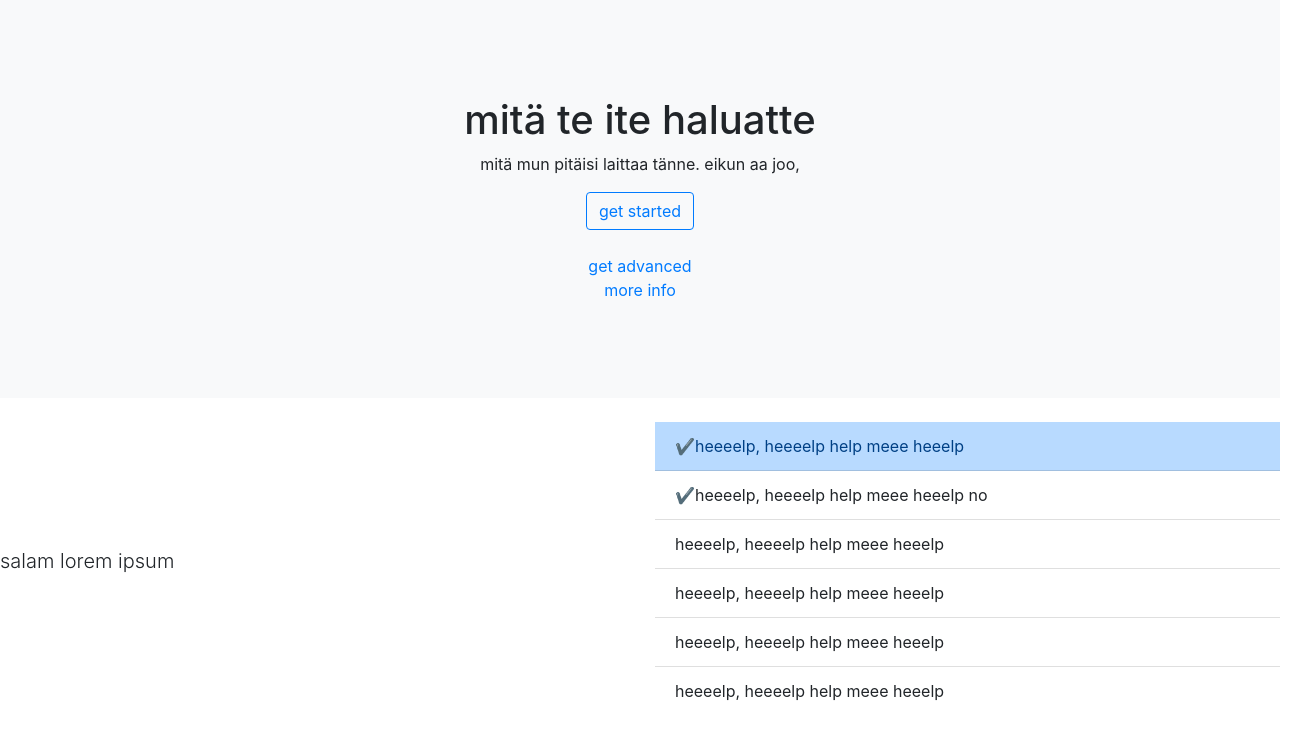
Repository: jessehapuli/jessehapuli.github.io
Page: Bootstrap/index.html
These files come from the project's save history. The page is drawn as it stood at one moment and after the next save; the edit follows.
The browser window is 1280 px wide. The page is 1295 px wide, so the pictures cover 1295 px, including what lies to the right of the window. The pictures show the whole page.

Above is the page before, as saved 2024-04-24 11:07:02.

After the next save:
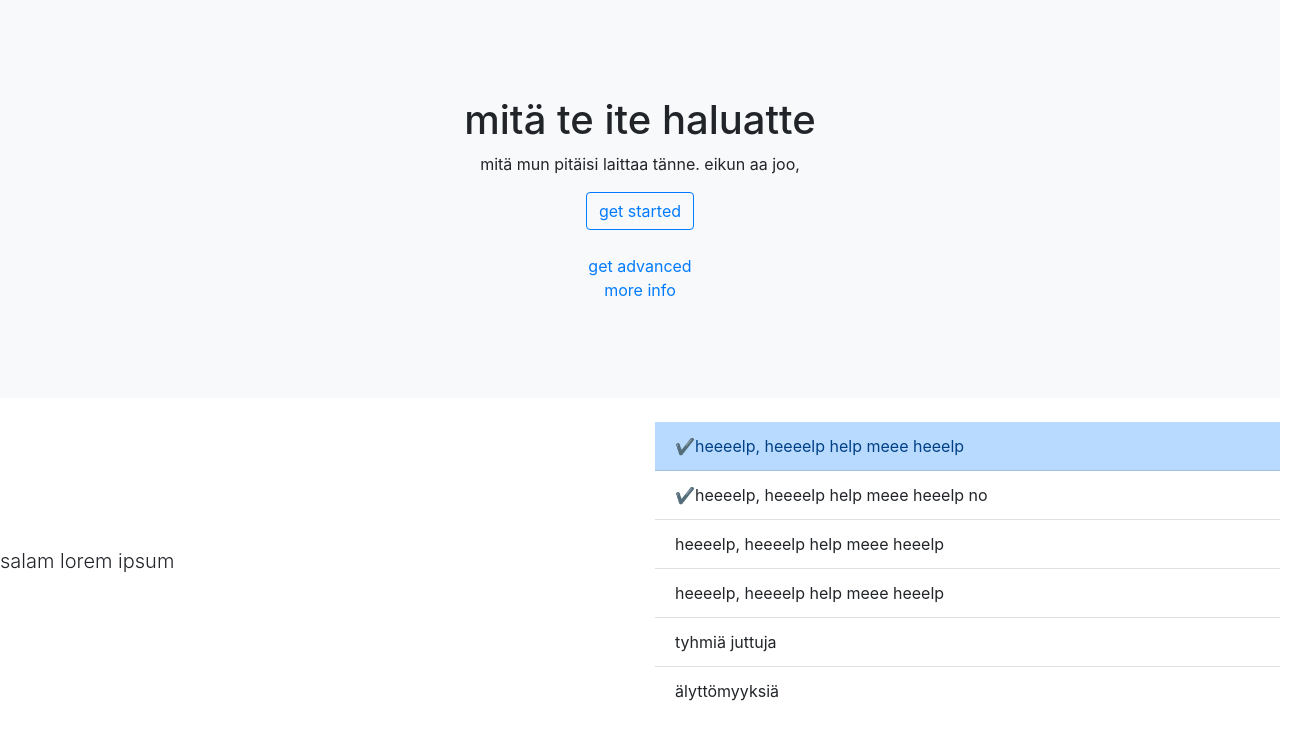
Saved 2 min 33 s later.
--- a/Bootstrap/index.html
+++ b/Bootstrap/index.html
@@ -38,8 +38,8 @@
             <li class="list-group-item"><span>&#10004;</span>heeeelp, heeeelp help meee heeelp no</li>
             <li class="list-group-item">heeeelp, heeeelp help meee heeelp</li>
             <li class="list-group-item">heeeelp, heeeelp help meee heeelp</li>
-            <li class="list-group-item">heeeelp, heeeelp help meee heeelp</li>
-            <li class="list-group-item">heeeelp, heeeelp help meee heeelp</li>
+            <li class="list-group-item">tyhmiä juttuja</li>
+            <li class="list-group-item">älyttömyyksiä</li>
           </ul>
         </div>
       </div>
